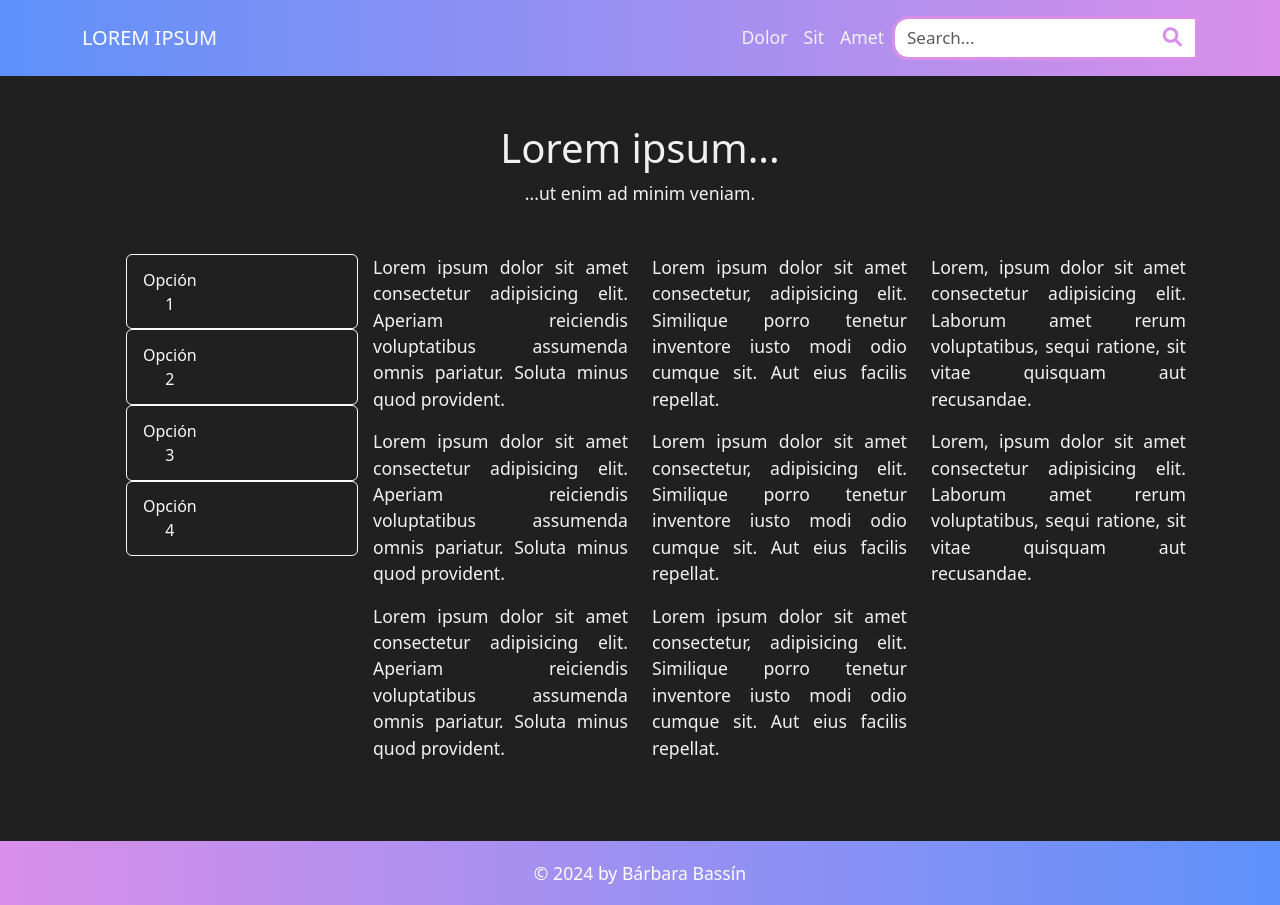
Repository: romancegirl/responsiveness
Page: index.html
The author's editor kept a copy of each file at every save. The page is drawn from the files as they stood at one save, then again after a run of saves.
The browser window is 1280 px wide. The pictures show the whole page.

Above is the page before, as saved 2024-11-19 21:02:04.

### index.html
<!DOCTYPE html>
<html lang="en">

<head>
    <meta charset="UTF-8">
    <meta name="viewport" content="width=device-width, initial-scale=1.0">
    <title>Responsiveness - Bárbara Bassín</title>
    <link href="https://cdn.jsdelivr.net/npm/bootstrap@5.3.0/dist/css/bootstrap.min.css" rel="stylesheet">
    <link rel="stylesheet" href="https://cdnjs.cloudflare.com/ajax/libs/font-awesome/6.0.0-beta3/css/all.min.css">
    <link rel="stylesheet" href="css/header-and-footer.css">
    <link rel="stylesheet" href="css/styles.css">
</head>

<body>
    <!-- Header -->
    <header class="py-2">
        <div class="container d-flex align-items-center" id="profile">
            <h5 class="m-0">LOREM IPSUM</h5>
            <nav class="navbar navbar-expand-lg flex-grow-1">
                <button class="navbar-toggler" type="button" data-bs-toggle="collapse" data-bs-target="#navbarNav"
                    aria-controls="navbarNav" aria-expanded="false" aria-label="Toggle navigation">
                    <i class="fas fa-bars"></i>
                </button>
                <div class="collapse navbar-collapse" id="navbarNav">
                    <ul class="navbar-nav">
                        <li class="nav-item"><a class="nav-link">Dolor</a></li>
                        <li class="nav-item"><a class="nav-link">Sit</a></li>
                        <li class="nav-item"><a class="nav-link">Amet</a></li>
                        <div class="search-container">
                            <form action="/action_page.php">
                                <div class="input-group">
                                    <input type="text" class="form-control" placeholder="Search..." name="search">
                                    <button type="submit" class="btn">
                                        <i class="fa fa-search"></i>
                                    </button>
                                </div>
                            </form>
                        </div>
                    </ul>

                </div>
            </nav>
        </div>
    </header>



    <!-- Main -->
    <main class="container my-5">
        <div>
            <h1>Lorem ipsum...</h1>
            <div id="textCarousel" class="carousel slide" data-bs-ride="carousel" data-bs-interval="2000">
                <div class="carousel-inner">
                    <div class="carousel-item active">
                        <p>...olor sit amet, consectetur adipiscing elit...</p>
                    </div>
                    <div class="carousel-item">
                        <p>...sed do eiusmod tempor incididunt ut labore...</p>
                    </div>
                    <div class="carousel-item">
                        <p>...ut enim ad minim veniam.</p>
                    </div>
                </div>
            </div>
        </div>



        <div class="container inside">
            <div class="row">
                <div class="col-3">
                    <ul>
                        <li><button type="button" class="btn btn-outline-light">Opción 1</button></li>
                        <li><button type="button" class="btn btn-outline-light">Opción 2</button></li>
                        <li><button type="button" class="btn btn-outline-light">Opción 3</button></li>
                        <li><button type="button" class="btn btn-outline-light">Opción 4</button></li>
                    </ul>
                </div>
                <div class="col-9">
                    <div class="row">
                        <div class="col-6 col-md-4 paragraph">Lorem ipsum dolor sit amet consectetur adipisicing elit.
                            Aperiam
                            reiciendis
                            voluptatibus assumenda omnis pariatur. Soluta minus quod provident.</div>
                        <div class="col-6 col-md-4 paragraph">Lorem ipsum dolor sit amet consectetur, adipisicing elit.
                            Similique porro
                            tenetur inventore iusto modi odio cumque sit. Aut eius facilis repellat.</div>
                        <div class="col-6 col-md-4 paragraph">Lorem, ipsum dolor sit amet consectetur adipisicing elit.
                            Laborum
                            amet rerum
                            voluptatibus, sequi ratione, sit vitae quisquam aut recusandae.</div>
                        <div class="col-6 col-md-4 paragraph">Lorem ipsum dolor sit amet consectetur adipisicing elit.
                            Aperiam
                            reiciendis
                            voluptatibus assumenda omnis pariatur. Soluta minus quod provident.</div>
                        <div class="col-6 col-md-4 paragraph">Lorem ipsum dolor sit amet consectetur, adipisicing elit.
                            Similique porro
                            tenetur inventore iusto modi odio cumque sit. Aut eius facilis repellat.</div>
                        <div class="col-6 col-md-4 paragraph">Lorem, ipsum dolor sit amet consectetur adipisicing elit.
                            Laborum
                            amet rerum
                            voluptatibus, sequi ratione, sit vitae quisquam aut recusandae.</div>
                        <div class="col-6 col-md-4 paragraph">Lorem ipsum dolor sit amet consectetur adipisicing elit.
                            Aperiam
                            reiciendis
                            voluptatibus assumenda omnis pariatur. Soluta minus quod provident.</div>
                        <div class="col-6 col-md-4 paragraph">Lorem ipsum dolor sit amet consectetur, adipisicing elit.
                            Similique porro
                            tenetur inventore iusto modi odio cumque sit. Aut eius facilis repellat.</div>
                    </div>
                </div>

            </div>


        </div>



    </main>

    <!-- Footer -->
    <footer class="bg-dark text-center py-2">
        <div>&copy; 2024 by Bárbara Bassín</div>
    </footer>
    <script src="js/script.js"></script>
    <script src="https://cdn.jsdelivr.net/npm/bootstrap@5.3.0/dist/js/bootstrap.bundle.min.js"></script>
</body>

</html>

### css/header-and-footer.css
header {
    background: linear-gradient(to right, #5E91FA, #d98fe9);
    color: #fff;
    position: relative;
}

main {
    min-height: 70vh;
    padding-bottom: 1rem;
    box-sizing: border-box;
}

a.nav-link {
    color: #f1f1f1;
}

a.nav-link:hover {
    color: #f6c7de;
    transition: color 0.3s, text-shadow 0.3s;
    transform: scale(1.05);
}

.search-container {
    display: flex;
    justify-content: center;
    align-items: center;
    position: relative;
}

.input-group .form-control {
    padding-right: 2.5rem;
    font-size: 17px;
    border: 0.2rem solid #d98fe9;
    border-radius: 1rem;
}

.input-group .btn {
    position: absolute;
    right: 1rem;
        top: 50%;
    transform: translateY(-50%);
    background-color: transparent;
    border: none;
    padding: 0;
    cursor: pointer;
}

.input-group .btn .fa-search {
    color: #d98fe9;
    font-size: 1.2rem;
}



/* navbar-toggle */

.navbar-toggler {
    border-color: #fff;
}

.navbar-toggler .fas {
    color: #fff;
    /* Cambia el color del ícono */
}

.navbar-collapse {
    justify-content: flex-end;
}

.navbar-toggler:hover {
    cursor: pointer;
}

.navbar-toggler:focus {
    outline: none;
    box-shadow: none;
}

@media (max-width: 995px) {

    .navbar-collapse {
        display: none;
        position: absolute;
        top: 134%;
        left: -55px;
        width: 100%;
        z-index: 999;
        flex-direction: column-reverse;
        align-items: center;
    }

    .navbar-collapse.show {
        display: flex;
    }

    .navbar-nav {
        background: linear-gradient(to right, #5e92fae0, #d98fe9dc);
        color: #fff;
        padding: 1.5rem;
        border-radius: 0 0 100px 100px;
        font-weight: bold;
        text-align: center;
    }

    .navbar-nav:hover {
        cursor: pointer;

    }

    a.nav-link:hover {
        color: #f6c7de;
        transition: color 0.3s, text-shadow 0.3s;
        transform: scale(1.05);
    }

    .navbar-nav .nav-item {
        margin: 10px 0;
    }

    .navbar a,
    .navbar input[type=text] {
        float: none;
        display: block;
        text-align: left;
        width: 100%;
        margin: 0;
        padding: 0.5rem;
    }

    .navbar .search-container {
        float: none;
    }

    .navbar a,
    .navbar input[type=text],
    .navbar .search-container button {
        float: none;
        display: block;
        text-align: left;
        width: 100%;
        margin: 0;
        padding: 0.2rem;
    }

    .navbar input[type=text] {
        border-radius: 0.2rem;
        border: 0.2rem solid #b556db98;
    }

}

footer {
    background: linear-gradient(to right, #d98fe9, #5E91FA);
    color: #fff;
    bottom: 0;
    min-height: 4rem;
    display: flex;
    justify-content: center;
    align-items: center;
}

### css/styles.css
body {
    background-color: #202020;
    color: #f1f1f1;
    font-size: 110%;
}

/* Profile and resume */

.profile-photo {
    width: 250px;
    height: 250px;
    border: #a5c3ffcd;
    border-style: double;
    border-width: 5px;
    border-radius: 70px;
    display: flex;
    justify-content: center;
    align-items: center;
    overflow: hidden;
    /* Oculta cualquier parte de la imagen que se desborde */
    float: right;
}

/* titles */

h1 {
    text-align: center;
}

h2,
h3,
h4 {
    background: linear-gradient(#d98fe9, #5E91FA);
    -webkit-background-clip: text;
    background-clip: text;
    -webkit-text-fill-color: transparent;
}

h5 {
    margin: 0;
}

/* General */

#textCarousel {
    width: 40rem;
    margin: auto;
}

p {
    text-align: center;
}

.row {
    text-align: justify;
}

.paragraph {
margin-bottom: 1rem;
}

.inside {
    margin-top: 2rem;
}

.btn-outline-light {
    padding: 0.8rem 10rem 0.8rem 1rem;
}

li {
    list-style: none;
}

/* Responsiveness */

.title-small,
.title-x-small {
    display: none;
}

@media screen and (max-width: 1400px) {

    .title-large,
    .title-x-small {
        display: none;
    }

    .title-small {
        display: block;
    }
}

@media screen and (max-width: 768px) {

    .title-large,
    .title-small {
        display: none;
    }

    .title-x-small {
        display: block;
        text-align: center;

    }

    #textCarousel {
        max-width: 90%; /* Usa un tamaño relativo en lugar de fijo */
    }
}

### js/script.js
document.addEventListener('click', function(event) {
    var navbar = document.querySelector('.navbar-collapse');
    var toggler = document.querySelector('.navbar-toggler');

    // Si el menú está abierto y se hace clic fuera de él, lo cierra
    if (navbar.classList.contains('show') && !navbar.contains(event.target) && !toggler.contains(event.target)) {
        var bsCollapse = new bootstrap.Collapse(navbar, {
            toggle: false
        });
        bsCollapse.hide();
    }
});

// Cerrar el menú automáticamente al hacer clic en cualquier enlace
var navLinks = document.querySelectorAll('.nav-link');
navLinks.forEach(function(link) {
    link.addEventListener('click', function() {
        var navbar = document.querySelector('.navbar-collapse');
        var bsCollapse = new bootstrap.Collapse(navbar, {
            toggle: false
        });
        bsCollapse.hide();
    });
});

After the next 2 saves:
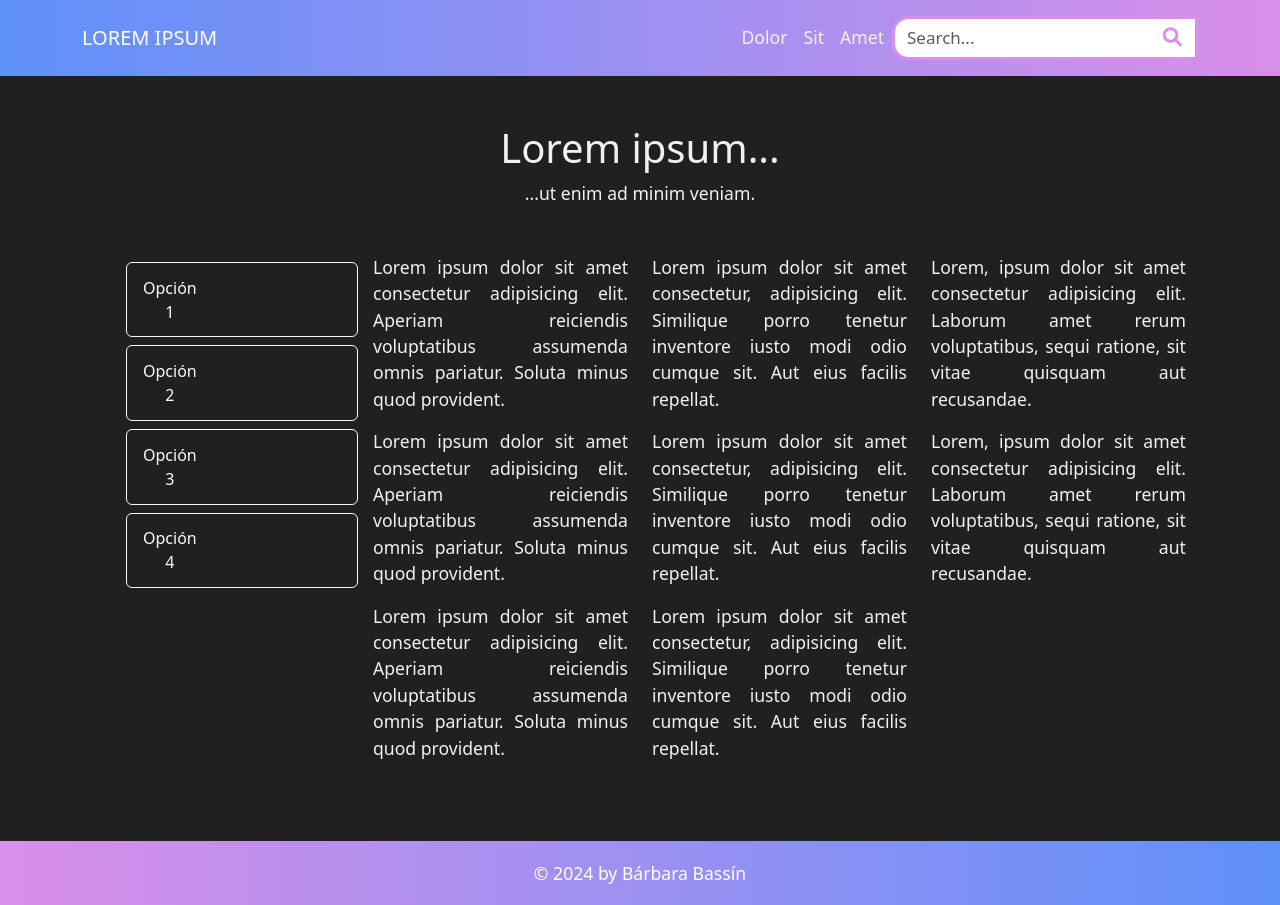
The 2 saves are shown as one change because they came seconds apart.
The last was saved 32 s later.
--- a/css/styles.css
+++ b/css/styles.css
@@ -65,6 +65,7 @@
 
 .btn-outline-light {
     padding: 0.8rem 10rem 0.8rem 1rem;
+    margin-top: 0.5rem;
 }
 
 li {

After the save that followed:
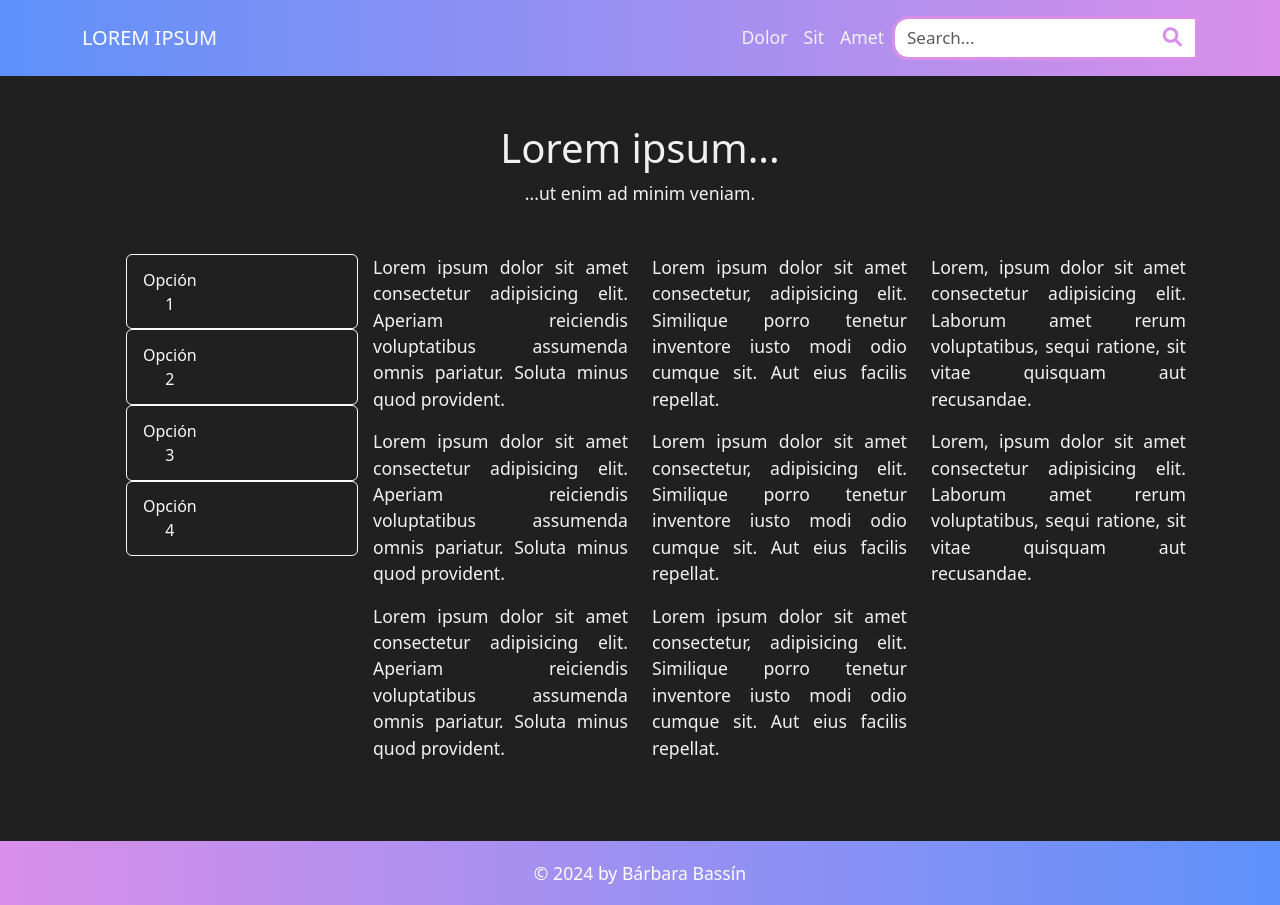
Saved 28 s later.
--- a/css/styles.css
+++ b/css/styles.css
@@ -65,7 +65,6 @@
 
 .btn-outline-light {
     padding: 0.8rem 10rem 0.8rem 1rem;
-    margin-top: 0.5rem;
 }
 
 li {
